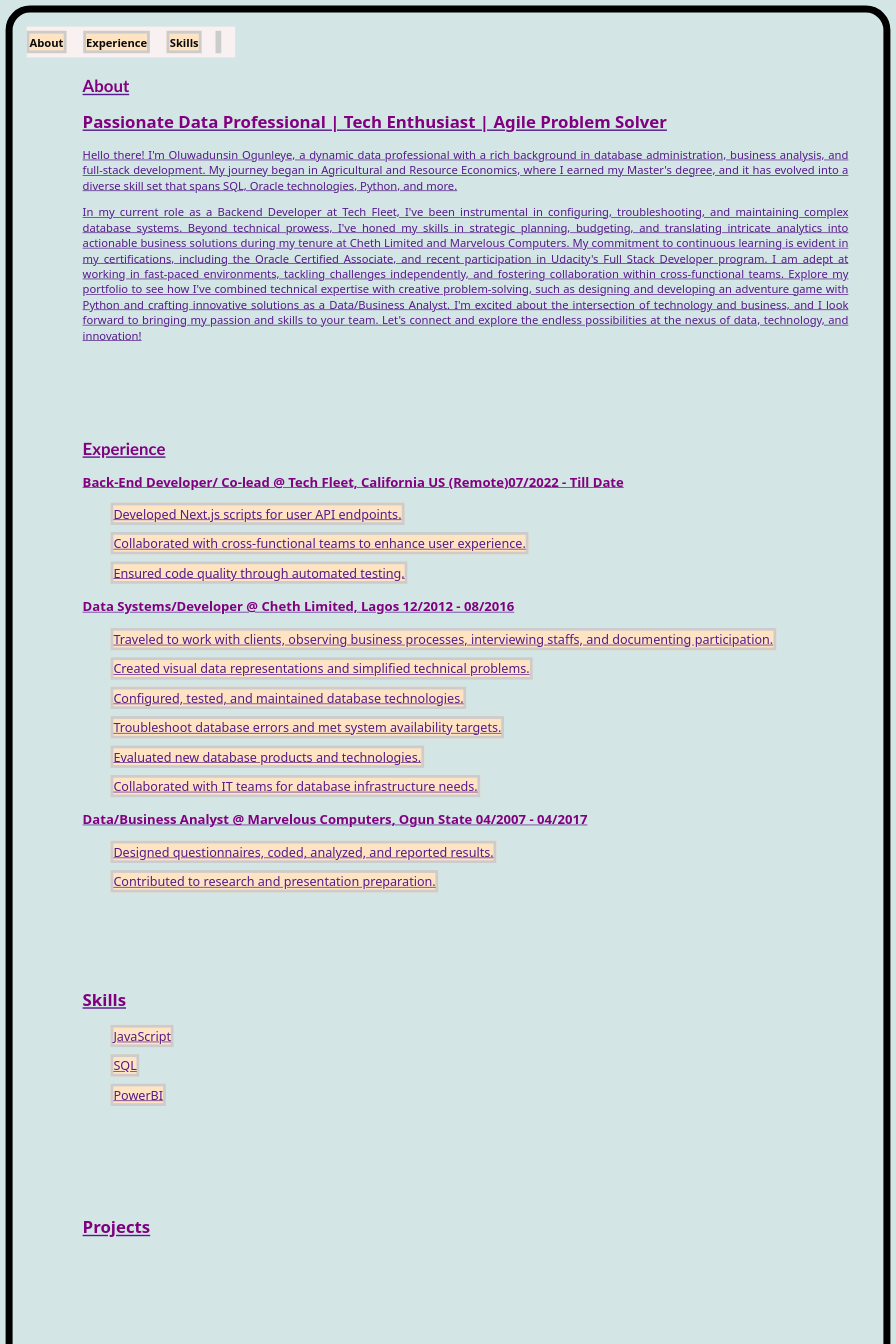
Repository: aloroduns/intro-to-programming-2023
Page: index.html
These files come from the project's save history. The page is drawn as it stood at one moment and after a run of saves; the edit follows.
The browser window is 1280 px wide. The pictures show the part of the page from y = 0 to 1920 px (the page is 2645 px tall), at 70% of full size.
The page's requests for data from a server got no answer.

Above is the page before, as saved 2024-01-23 12:55:48.

After the next 4 saves:
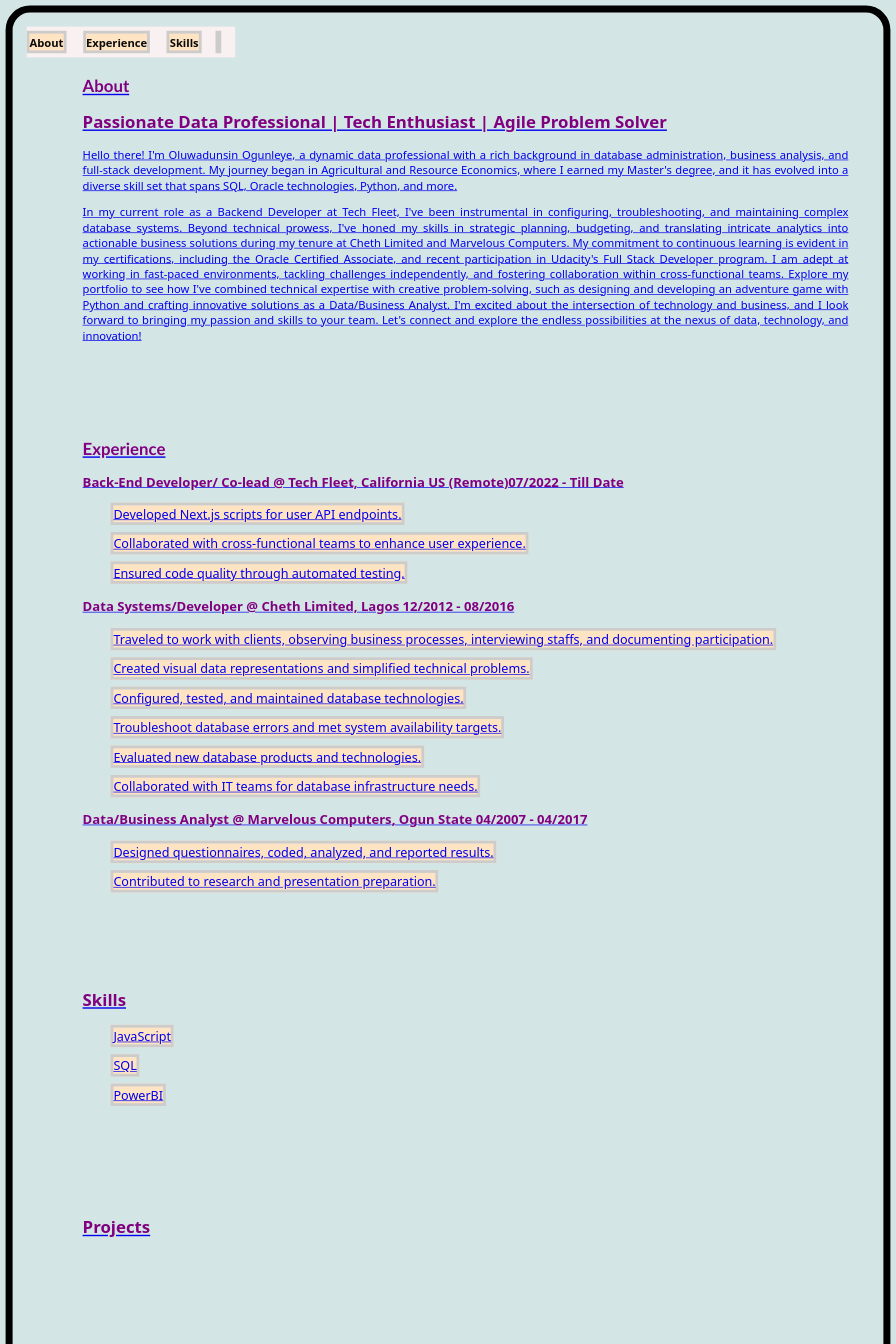
The 4 saves are shown as one change because they came seconds apart.
The last was saved 8 s later.
--- a/index.html
+++ b/index.html
@@ -16,7 +16,7 @@
                     <li><a href="#about">About</a></li>
                     <li><a href="#experience">Experience</a></li>
                     <li><a href="#skills">Skills</a></li>
-                    <li><a href=""</li>
+                    <li><a href="#connect"</li>
                 </ul>
             </nav>
         </header>
